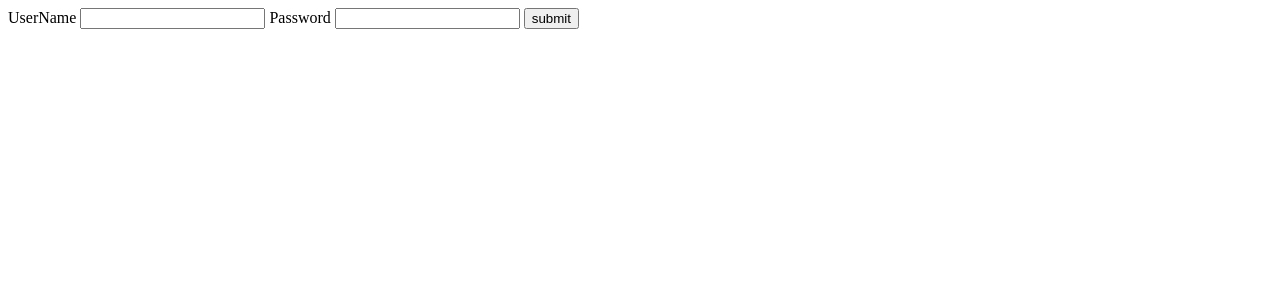
Repository: Balamurugan1914/crud_operation_without_db
Page: Java_Script_Example/src/main/webapp/welcome.html
These files come from the project's save history. The page is drawn as it stood at one moment and after the next save; the edit follows.
The browser window is 1280 px wide. The pictures show the whole page.

Above is the page before, as saved 2022-06-23 11:38:11.

### Java_Script_Example/src/main/webapp/welcome.html
<!DOCTYPE html>
<html>
<head>
<meta charset="UTF-8">
<title>Welcome</title>
</head>
<body>

<form action="">
	<label for="username">UserName</label>
	<input type="text" name="username" id="username"/>
	<label for="password">Password</label>
	<input type="text" name="password" id="password"/>
	<input type="submit" value="submit">
</form>

</body>
</html>

After the next save:
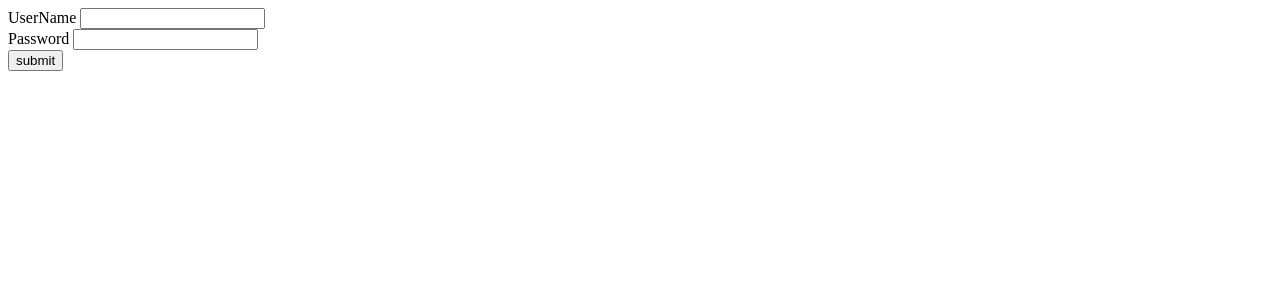
Saved 47 s later.
--- a/Java_Script_Example/src/main/webapp/welcome.html
+++ b/Java_Script_Example/src/main/webapp/welcome.html
@@ -7,11 +7,11 @@
 <body>
 
 <form action="">
-	<label for="username">UserName</label>
-	<input type="text" name="username" id="username"/>
-	<label for="password">Password</label>
-	<input type="text" name="password" id="password"/>
-	<input type="submit" value="submit">
+	<div><label for="username">UserName</label>
+	<input type="text" name="username" id="username"/></div>
+	<div><label for="password">Password</label>
+	<input type="text" name="password" id="password"/></div>
+	<div><input type="submit" value="submit"></div>
 </form>
 
 </body>
